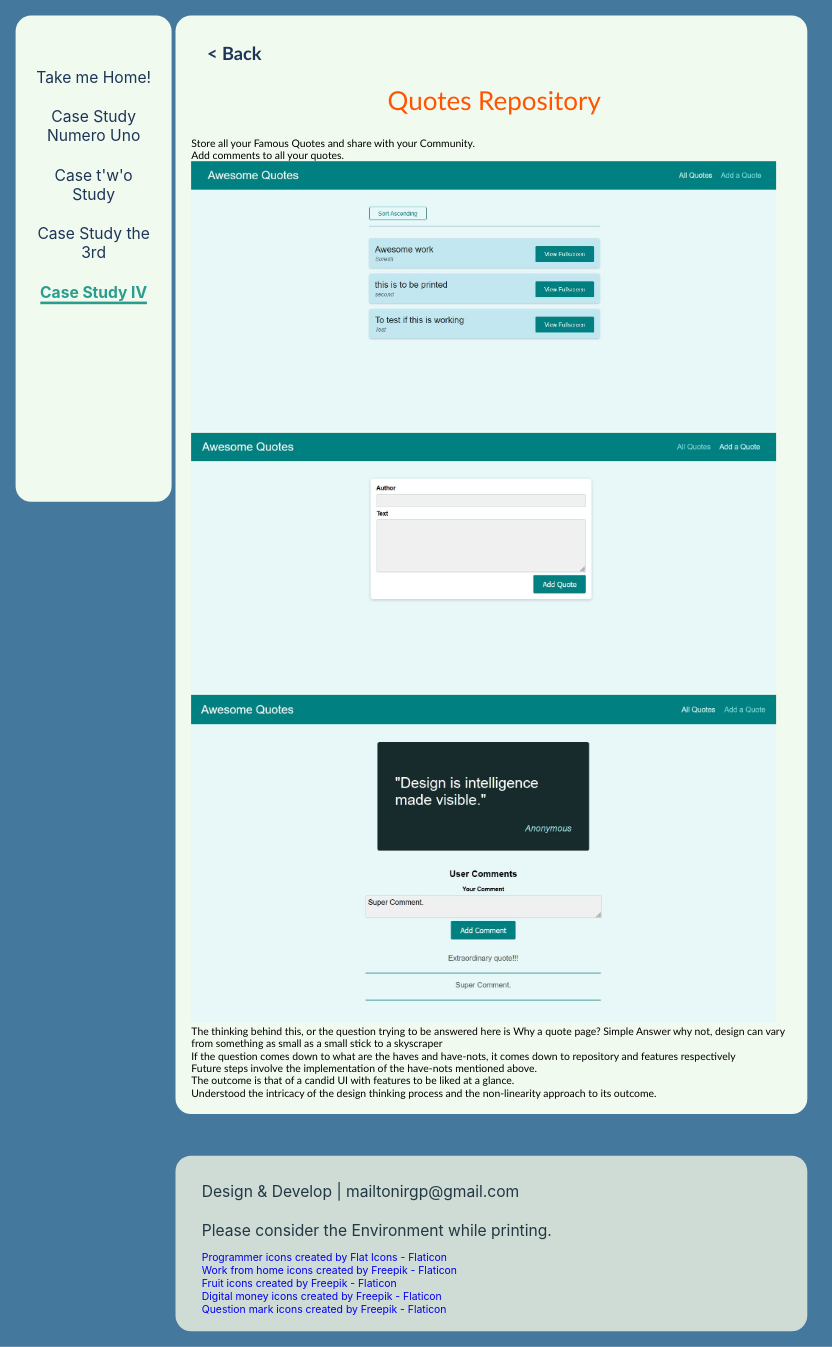
Repository: niranjangp/portfolioReact
Page: /cs-four
An editor plug-in stored every save of this project. The page is shown before and after the next save, followed by the edit.
The browser window is 1280 px wide. The pictures show the whole page, at 65% of full size.
The project was rebuilt for these pictures with package versions that can differ from the ones it lists, and the page was loaded fresh each time. Also part of the build but not shown: src/pages/enterDesign.jsx, src/pages/csOne.jsx, src/pages/csTwo.jsx, src/pages/csThree.jsx, src/pages/notFound.jsx.

Above is the page before, as saved 2022-02-02 01:21:54.

### public/index.html
<!DOCTYPE html>
<html lang="en">
  <head>
    <meta charset="utf-8" />
    <!--<link rel="icon" href="%PUBLIC_URL%/favicon.ico" />-->
    <meta name="viewport" content="width=device-width, initial-scale=1" />
    <meta name="theme-color" content="#000000" />
    <meta
      name="description"
      content="Web site created using create-react-app"
    />
    <!--<link rel="apple-touch-icon" href="%PUBLIC_URL%/logo192.png" />-->
    <!--
      manifest.json provides metadata used when your web app is installed on a
      user's mobile device or desktop. See https://developers.google.com/web/fundamentals/web-app-manifest/
    -->
    <link rel="manifest" href="%PUBLIC_URL%/manifest.json" />
    <!--
      Notice the use of %PUBLIC_URL% in the tags above.
      It will be replaced with the URL of the `public` folder during the build.
      Only files inside the `public` folder can be referenced from the HTML.

      Unlike "/favicon.ico" or "favicon.ico", "%PUBLIC_URL%/favicon.ico" will
      work correctly both with client-side routing and a non-root public URL.
      Learn how to configure a non-root public URL by running `npm run build`.
    -->
    <title>Portfolio</title>
  </head>
  <body>
    <noscript>You need to enable JavaScript to run this app.</noscript>
    <div id="root"></div>
    <!--
      This HTML file is a template.
      If you open it directly in the browser, you will see an empty page.

      You can add webfonts, meta tags, or analytics to this file.
      The build step will place the bundled scripts into the <body> tag.

      To begin the development, run `npm start` or `yarn start`.
      To create a production bundle, use `npm run build` or `yarn build`.
    -->
  </body>
</html>

### src/index.css
body {
  margin: 0;
  font-family: -apple-system, BlinkMacSystemFont, 'Segoe UI', 'Roboto', 'Oxygen',
    'Ubuntu', 'Cantarell', 'Fira Sans', 'Droid Sans', 'Helvetica Neue',
    sans-serif;
  -webkit-font-smoothing: antialiased;
  -moz-osx-font-smoothing: grayscale;
  box-sizing: border-box;
}

code {
  font-family: source-code-pro, Menlo, Monaco, Consolas, 'Courier New',
    monospace;
}

p {
  margin: 0;
}

### src/App.js
import './App.css';

import { Route, NavLink, Switch, Redirect } from 'react-router-dom';
import EnterTheDesign from './pages/enterDesign';
import CSOne from './pages/csOne';
import CSTwo from './pages/csTwo';
import CSThree from './pages/csThree';
import CSFour from './pages/csFour';
import NotFound from './pages/notFound';

function App() {
  const flatIconLink = "https://www.flaticon.com/free-icons/programmer";
  const wfhIconLink = "https://www.flaticon.com/free-icons/work-from-home";


  return (
    <div className='App'>
      <div className="containerOne">
        <nav className='navigation'>
          <div className='navDiv'>
            <NavLink activeClassName="nav-link active" className="nav-link" to="/enter-the-design">Take me Home!</NavLink>
          </div>
          <div className='navDiv'>
            <NavLink activeClassName="nav-link active" className="nav-link" to="/cs-one">Case Study Numero Uno</NavLink>
          </div>
          <div className='navDiv'>
            <NavLink activeClassName="nav-link active" className="nav-link" to="/cs-two">Case t'w'o Study</NavLink>
          </div>
          <div className='navDiv'>
            <NavLink activeClassName="nav-link active" className="nav-link" to="/cs-three">Case Study the 3rd</NavLink>
          </div>
          <div className='navDiv'>
            <NavLink activeClassName="nav-link active" className="nav-link" to="/cs-four">Case Study IV</NavLink>
          </div>
        </nav>
        <main className='mainOne'>
          <Switch>
            <Route exact path="/" ><Redirect to="/enter-the-design" /></Route>
            <Route path="/enter-the-design" ><EnterTheDesign /></Route>
            <Route exact path="/cs-one" ><CSOne /></Route>
            <Route exact path="/cs-two" ><CSTwo /></Route>
            <Route exact path="/cs-three"><CSThree /></Route>
            <Route exact path="/cs-four"><CSFour /></Route>

            <Route path="*"><NotFound /></Route>
          </Switch>
          {/*<div className='firstRow'>
            <div className="width-60">
              <p className='fr-info'>NIRANJAN G P, IS A UI DEVELOPER AT DELOITTE USI</p>
            </div>
            <div className="width-40 img-block">
              <img src={avatarIcon} alt="avatar-icon" className='avtr-img' />
            </div>
          </div>
          <div className='sec-row'>
            <p>Hi, this is Niranjan.</p>
            <p>I Joined Deloitte USI as a campus recruit. Since then I've been part of many innovative and high-intensity projects, coordinating between multiple virtual teams to help complete client deliverables.</p>
            <p>I've been part of the FRONT-END community since 2017 and constantly learning and developing UI and gradually having a go at UX design parallely.</p>
            <p>Currently based in Bengaluru, I have a big love for travel and adventure, also keeping in mind to do my bit to conserve the environment.</p>
            <p>Thanks for stopping by.</p>
          </div>*/}

        </main>
        <footer>
          <div className='footer-info'>
            {/*<p>Niranjan G P</p>*/}
            <p>Design & Develop    |   mailtonirgp@gmail.com</p>
            <p>Please consider the Environment while printing.</p>
          </div>
          <div className='credits'>
            <a href={flatIconLink} title="programmer icons">Programmer icons created by Flat Icons - Flaticon</a>
            <a href={wfhIconLink} title="work from home icons">Work from home icons created by Freepik - Flaticon</a>
            <a href="https://www.flaticon.com/free-icons/fruit" title="fruit icons">Fruit icons created by Freepik - Flaticon</a>
            <a href="https://www.flaticon.com/free-icons/digital-money" title="digital money icons">Digital money icons created by Freepik - Flaticon</a>
            <a href="https://www.flaticon.com/free-icons/question-mark" title="question mark icons">Question mark icons created by Freepik - Flaticon</a>
          </div>
        </footer>
      </div>

    </div>
  );
}

export default App;

### src/App.css
.containerOne {
  background-color: #45789d;
  padding: 24px;
  position: relative;
}

.mainOne {
  width: 75%;
  margin-left: 20%;
  background-color: #F1FAEE;
  height: 100%;
  border-radius: 1.5rem;
  padding: 24px;
}

.navigation {
  position: absolute;
  top: 24px;
  left: 24px;
  width: 15%;
  height: 660px;
  background-color: #F1FAEE;
  border-radius: 1.5rem;
  padding: 64px 24px 24px;
}

.navDiv {
  padding: 16px 0;
  text-align: center;
}

.nav-link {
  font-size: 24px;
  text-decoration: none;
  color: #1d3557;
}

.nav-link.active {
  color: #2a9d8f;
  font-weight: bold;
  border-bottom: 4px solid #2a9d8f;
}

.fr-info {
  font-size: 3rem;
  font-family: 'Gill Sans', 'Gill Sans MT', Calibri, 'Trebuchet MS', sans-serif;
  padding: 24px 24px 24px 48px;
  color: #1d3557;
}

.firstRow {
  display: flex;
  align-items: center;
  padding: 64px 0;
}

.width-60 {
  width: 60%;
}

.width-40 {
  width: 40%;
}

.fullWidth {
  width: 100%;
}

.img-block {
  text-align: center;
}

.sec-row {
  background-color: #1d3557;
  color: #f1faee;
  border-radius: 0.75rem;
  padding: 64px;
  font-family: 'Lucida Sans', 'Lucida Sans Regular', 'Lucida Grande', 'Lucida Sans Unicode', Geneva, Verdana, sans-serif;
  font-size: 28px;
  text-align: justify;
}

.sec-row p {
  padding: 16px;
}

.centered {
  margin: 3rem auto;
  text-align: center;
  display: flex;
  justify-content: center;
  align-items: center;
}

.linkSel {
  text-decoration: underline;
  font-weight: bold;
}

.third-row {
  display: flex;
  flex-wrap: wrap;
  padding: 96px 24px 0;
}

.card-box {
  width: 50%;
  text-align: center;
  height: 600px;
}

.card {
  width: 400px;
  height: 450px;
  background-color: #ffddd2;
  border-radius: 20px;
  box-shadow: 4px 4px 4px 4px rgba(0, 0, 0, 0.2);
  margin: 3rem auto;
  flex-grow: 1;
  flex-shrink: 1;
  transition: width 500ms ease 0s;
}

.card:hover {
  box-shadow: 4px 4px 4px 8px rgba(0, 0, 0, 0.2);
  width: 420px;
  height: 470px;
  cursor: pointer;
}

.card a {
  text-decoration: none;
}

.card p {
  font-size: 32px;
  padding: 24px;
  color: #1d3557;
  font-family: Verdana, Geneva, Tahoma, sans-serif;
}

.card-icon {
  width: 256px;
  margin-top: 40px;
}

.intro-cs {
  text-align: center;
  font-size: 40px;
  color: #1d3557;
  font-family: 'Trebuchet MS', 'Lucida Sans Unicode', 'Lucida Grande', 'Lucida Sans', Arial, sans-serif;
}

footer {
  width: 75%;
  margin-left: 20%;
  background-color: #cfdbd5;
  height: 100%;
  border-radius: 1.5rem;
  padding: 24px;
  margin-top: 64px;
  color: #223843;
}

.footer-info {
  font-size: 1.5rem;
}

.footer-info p {
  padding: 1rem;
}

.credits {
  padding-left: 16px;
}

.credits a {
  text-decoration: none;
  display: block;
}

.csOne {
  min-height: 660px;
  height: 100%;
  color: #1d3557;
}

.backLink {
  font-size: 28px;
  font-weight: bold;
  padding: 16px 16px 16px 24px;
}

.backLink a {
  text-decoration: none;
  color: #1d3557;

}

.csOneHeader, .csTwoHeader, .cs3Header, .cs4Header {
  font-size: 40px;
  padding: 16px 16px 32px 24px;
}

.csOneBody {
  padding: 0 24px;
}

.csOneH {
  font-size: 32px;
  padding-bottom: 8px;
  border-bottom: 2px solid #1d3557;
  margin-bottom: 16px;
  display: inline-block;
}

.csOneC {
  font-size: 28px;
}

.pd-bt {
  padding-bottom: 48px;
}

.pd-bt-small {
  padding-bottom: 24px;
}

.clrp {
  width: 100px;
  height: 40px;
  border-top-right-radius: 20px;
  border-bottom-right-radius: 20px;
  margin-right: 24px;
}

.fir {
  background-color: #0070D2;
}

.sec {
  background-color: #16325C;
}

.thi {
  background-color: #526173;
}

.fou {
  font-family: sans-serif;
  padding-right: 24px;
}

.dp-flx {
  display: flex;
  margin: 16px 40px;
  align-items: center;
}

.flx-bx {
  display: flex;
  align-items: center;
  justify-content: space-evenly;
  margin-bottom: 48px;
}

.flx-bx div {
  font-size: 32px;
}

.mrDesk {
  width: 800px;
}

.last-text {
  font-size: 28px;
  color: #f07167;
  margin: 0 64px 24px;
  text-align: center;
}

.csTwo {
  font-family: 'Franklin Gothic Medium', 'Arial Narrow', Arial, sans-serif;
}

.csTwoHeader {
  color: #e76f51;
}

.csTwoPara {
  color: #0081a7;
  font-size: 28px;
  padding-bottom: 8px;
}

.padd-div {
  padding: 16px 24px 56px;
}

.csTwoRowTwo {
  color: #c81d25;
  font-size: 32px;
  padding-bottom: 16px;
  border-bottom: 2px solid #c81d25;
  margin-bottom: 48px;
}

.textCen {
  text-align: center;
}

.screenName {
  font-size: 24px;
  width: 80%;
  margin: 0 auto;
  margin-bottom: 0px;
  background-color: #284b63;
  color: #fff;
  border-top-left-radius: 12px;
  border-top-right-radius: 12px;
  padding: 8px 0;
}

.scrIcon {
  width: 80%;
  margin: 8px 0 64px;
}

.cs3 {
  font-family: 'Lucida Sans', 'Lucida Sans Regular', 'Lucida Grande', 'Lucida Sans Unicode', Geneva, Verdana, sans-serif;
}

.cs3Header {
  color: #006d77;
  border-bottom: 2px solid #006d77;
  display: inline-block;

}


.right-content {
  text-align: right;
  margin: 64px 0;
}

.exp-para {
  font-size: 40px;
  display: inline-block;
  background-color: #52b69a;
  padding: 8px 16px;
  border-radius: 20px;
  color: #fff;
  font-weight: bold;
  margin-bottom: 24px;
}

.exp-header {
  display: inline-block;
  font-size: 40px;
  color: #14746f;
  padding-bottom: 8px;
  border-bottom: 2px dotted #14746f;
  margin-bottom: 8px;
}

.flexExp {
  display: flex;
  align-items: center;
  justify-content: space-around;
}

.iconText {
  padding: 24px;
  font-size: 32px;
  color: #00afb9;
}

.expIcon {
  margin: 64px 0;
  width: 900px;
}

.last .exp-para {
  font-size: 28px;
}

.cs4 {
  font-family: 'Trebuchet MS', 'Lucida Sans Unicode', 'Lucida Grande', 'Lucida Sans', Arial, sans-serif;
}

.cs4Header {
  text-align: center;
  color: #ff5400;
}

.quoIcon {
  width: 900px;
}

.quo-pack {
  margin: 0 auto;
}


/*.containerOne {
  background-color: #F1FAEE;
}
.mainOne {
  background-color: #a8dadc;
  width: 75%;
  margin-left: 20%;
  /-*background-color: #45789d;*-/
  height: 660px;
}

.p1 {
  color: #1d3557;
}
.p2 {
  color: #f1faee;
}*/

/*.App-logo {
  height: 40vmin;
  pointer-events: none;
}

@media (prefers-reduced-motion: no-preference) {
  .App-logo {
    animation: App-logo-spin infinite 20s linear;
  }
}

.App-header {
  background-color: #282c34;
  min-height: 100vh;
  display: flex;
  flex-direction: column;
  align-items: center;
  justify-content: center;
  font-size: calc(10px + 2vmin);
  color: white;
}

.App-link {
  color: #61dafb;
}

@keyframes App-logo-spin {
  from {
    transform: rotate(0deg);
  }

  to {
    transform: rotate(360deg);
  }
}*/

### src/pages/csFour.jsx
import React from 'react';
import { Link } from 'react-router-dom';
import QuoHome from '../assets/quoteHome.JPG';
import AddQuo from '../assets/addQuote.JPG';
import CommonScen from '../assets/commScen.JPG';


const csFour = () => {
    return (
        <div className="cs4">
            <div className="backLink"><Link to="/enter-the-design">{'< Back'}</Link></div>
            <div className='cs4Header'>Quotes Repository</div>
            <div className="quo-body">
                <div>
                    <p>Store all your Famous Quotes and share with your Community.</p>
                    <p>Add comments to all your quotes.</p>
                </div>
                <div>
                    <div><img src={QuoHome} alt="quote-home" className="quoIcon" /></div>
                    <div><img src={AddQuo} alt="quote-home" className="quoIcon" /></div>
                    <div><img src={CommonScen} alt="quote-home" className="quoIcon" /></div>
                </div>
                <div>
                    <p>The thinking behind this, or the question trying to be answered here is Why a quote page? Simple Answer why not, design can vary from something as small as a small stick to a skyscraper</p>
                    <p>If the question comes down to what are the haves and have-nots, it comes down to repository and features respectively</p>
                    <p>Future steps involve the implementation of the have-nots mentioned above.</p>
                    <p>The outcome is that of a candid UI with features to be liked at a glance.</p>
                    <p>Understood the intricacy of the design thinking process and the non-linearity approach to its outcome.</p>
                </div>
            </div>
        </div>
    )
};

export default csFour;

Loaded but not shown: src/index.js (common file); src/reportWebVitals.js (common file)

After the next save:
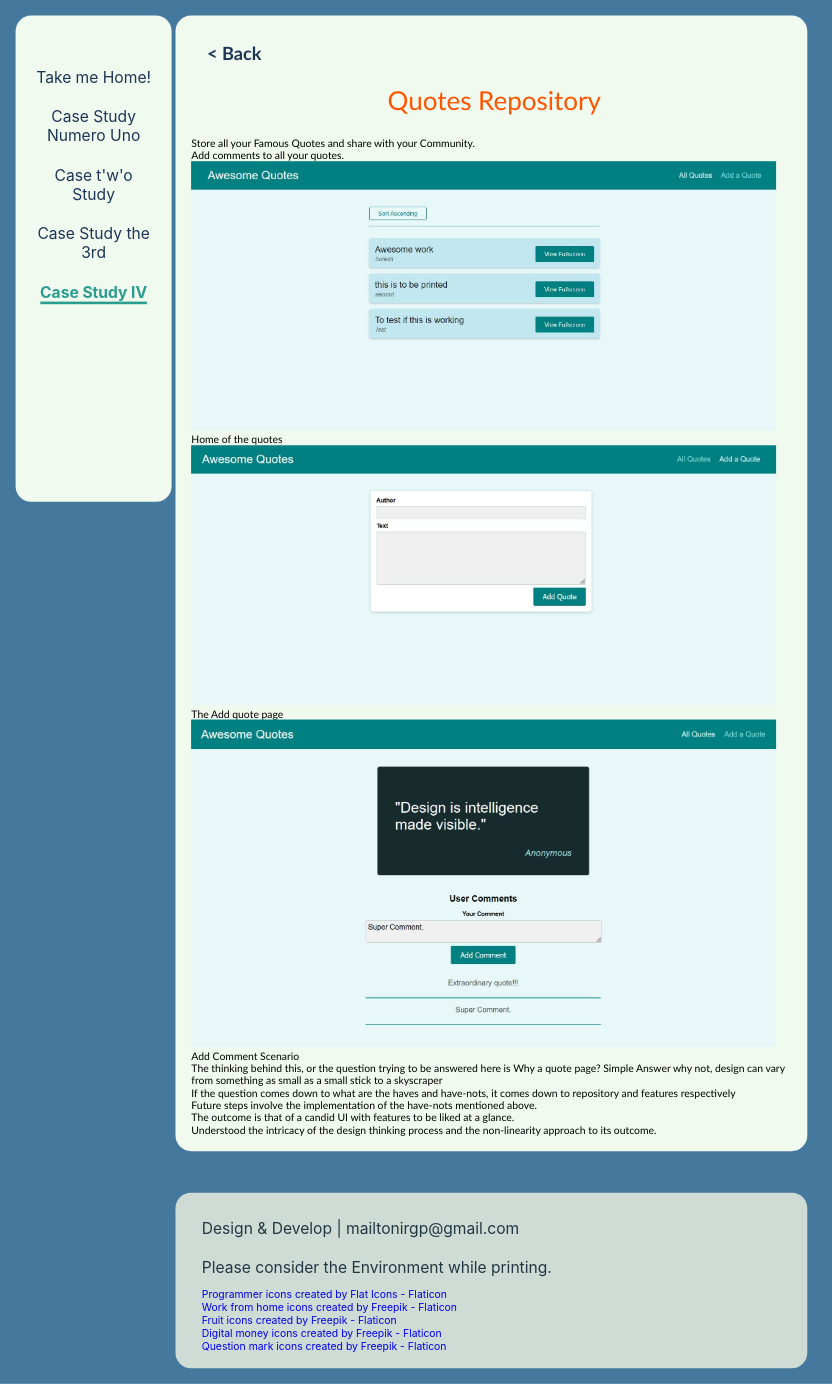
Saved 13 s later.
--- a/src/pages/csFour.jsx
+++ b/src/pages/csFour.jsx
@@ -16,9 +16,9 @@ const csFour = () => {
                     <p>Add comments to all your quotes.</p>
                 </div>
                 <div>
-                    <div><img src={QuoHome} alt="quote-home" className="quoIcon" /></div>
-                    <div><img src={AddQuo} alt="quote-home" className="quoIcon" /></div>
-                    <div><img src={CommonScen} alt="quote-home" className="quoIcon" /></div>
+                    <div clasName="quo-pack"><img src={QuoHome} alt="quote-home" className="quoIcon" /><div className="">Home of the quotes</div></div>
+                    <div clasName="quo-pack"><img src={AddQuo} alt="quote-home" className="quoIcon" /><div>The Add quote page</div></div>
+                    <div clasName="quo-pack"><img src={CommonScen} alt="quote-home" className="quoIcon" /><div>Add Comment Scenario</div></div>
                 </div>
                 <div>
                     <p>The thinking behind this, or the question trying to be answered here is Why a quote page? Simple Answer why not, design can vary from something as small as a small stick to a skyscraper</p>
